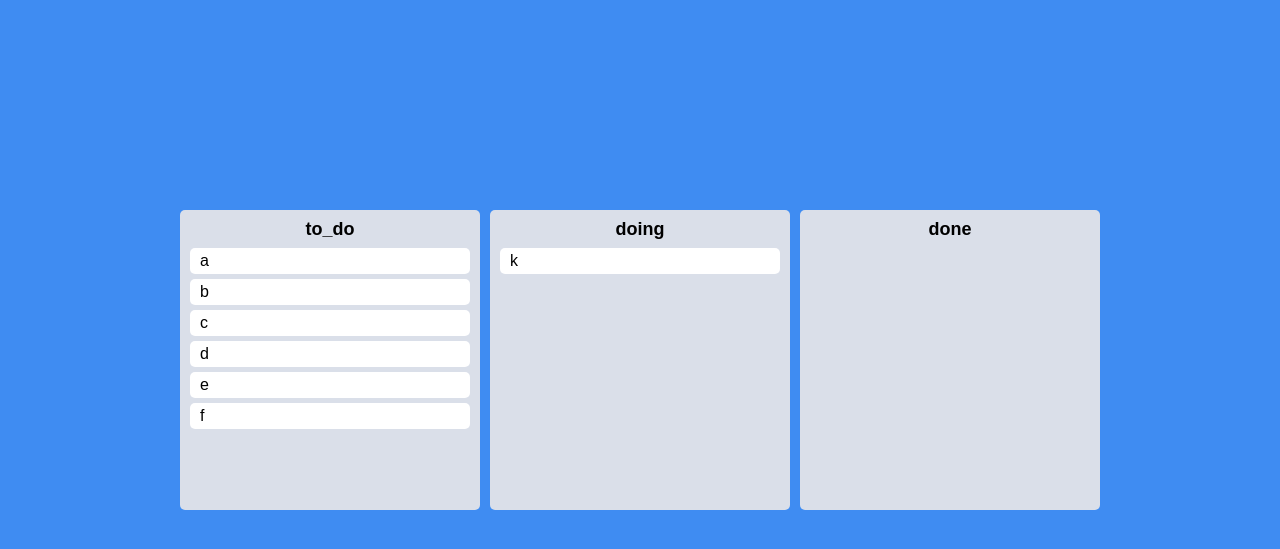
Repository: SeungYn/react-nomad
Page: / (app in trello/)
An editor plug-in stored every save of this project. The page is shown before and after a run of saves, followed by the edit.
The browser window is 1280 px wide. The pictures show the whole page.
The project was rebuilt for these pictures with package versions that can differ from the ones it lists, and the page was loaded fresh each time. Also part of the build but not shown: trello/src/App.css.

Above is the page before, as saved 2023-01-15 19:07:01.

After the next 2 saves:
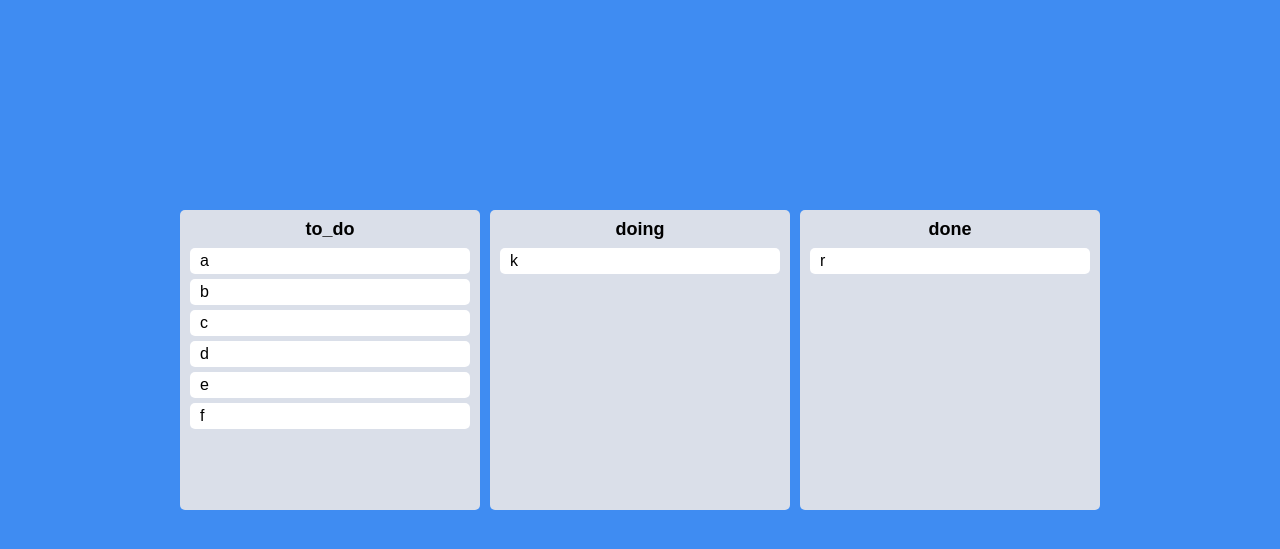
The 2 saves are shown as one change because they came seconds apart.
The last was saved 19 s later.
--- a/trello/src/atoms.tsx
+++ b/trello/src/atoms.tsx
@@ -9,6 +9,6 @@ export const toDoState = atom<IToDoState>({
   default: {
     to_do: ['a', 'b', 'c', 'd', 'e', 'f'],
     doing: ['k'],
-    done: [],
+    done: ['r'],
   },
 });
